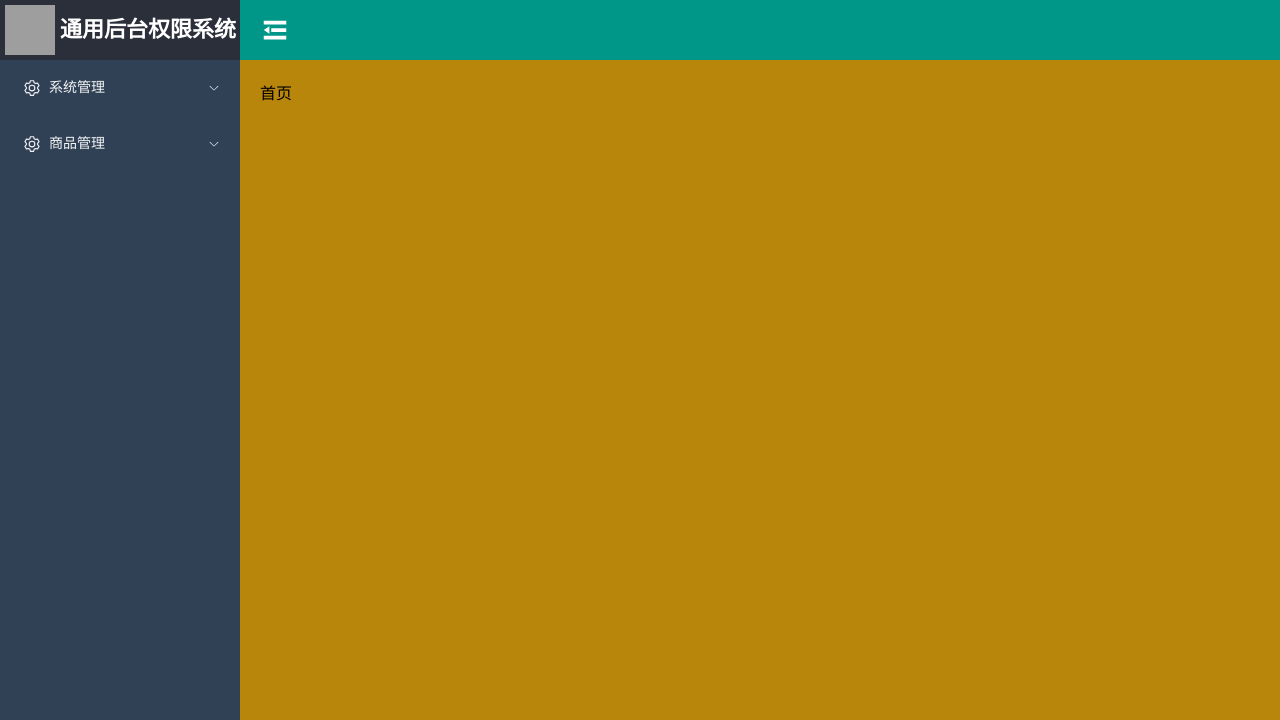
Repository: Langxecho/vite-project
Page: /
An editor plug-in stored every save of this project. The page is shown before and after the next save, followed by the edit.
The browser window is 1280 px wide. The pictures show the whole page.
Pictures or frames that could not be fetched are drawn as grey boxes. The project was rebuilt for these pictures with package versions that can differ from the ones it lists, and the page was loaded fresh each time. Also part of the build but not shown: vite.config.ts.

Above is the page before, as saved 2024-11-08 18:49:12.

### index.html
<!doctype html>
<html lang="en">
  <head>
    <meta charset="UTF-8" />
    <link rel="icon" type="image/svg+xml" href="/vite.svg" />
    <meta name="viewport" content="width=device-width, initial-scale=1.0" />
    <title>通用权限管理系统</title>
    <style>
      html,
      body,
      #app {
        padding: 0px;
        margin: 0px;
        height: 100%;
        box-sizing: border-box;
      }
    </style>
  </head>
  <body>
    <div id="app"></div>
    <script type="module" src="/src/main.ts"></script>
  </body>
</html>

### src/main.ts
import { createApp } from 'vue'
import App from './App.vue'
import router from '@/router/index'

// 引入 Element Plus
import ElementPlus from 'element-plus'
import 'element-plus/dist/index.css'

// 引入 Element Plus 图标
import * as ElementPlusIconsVue from '@element-plus/icons-vue'

import { createPinia } from 'pinia'
const pinia = createPinia()
const app = createApp(App)

app.use(ElementPlus).use(router).use(pinia).mount('#app')

// 全局注册图标组件
for (const [key, component] of Object.entries(ElementPlusIconsVue)) {
  app.component(key, component)
}

### src/router/index.ts
import { createRouter, createWebHistory, RouteRecordRaw } from "vue-router";
import Layout from "@/layout/Index.vue";

const routes: Array<RouteRecordRaw> = [
  {
    path: "/",
    component: Layout,
    redirect: "/dashboard",
    children: [
      {
        path: "/dashboard",
        component: () => import("@/views/dashboard/Index.vue"),
        name: "dashboard",
        meta: { title: "首页", icon: "#icondashboard" },
      },
    ],
  },
  {
    path: "/system",
    component: Layout,
    name: "system",
    meta: { title: "系统管理", icon: "Setting", roles: ["sys:manage"] },
    children: [
      {
        path: "/userList",
        component: () => import("@/views/system/User/UserList.vue"),
        name: "userList",
        meta: { title: "用户管理", icon: "UserFilled", roles: ["sys:user"] },
      },
      {
        path: "/roleList",
        component: () => import("@/views/system/Role/RoleList.vue"),
        name: "roleList",
        meta: { title: "角色管理", icon: "Wallet", roles: ["sys:role"] },
      },
      {
        path: "/menuList",
        component: () => import("@/views/system/Menu/MenuList.vue"),
        name: "menuList",
        meta: { title: "菜单管理", icon: "Menu", roles: ["sys:menu"] },
      },
    ],
  },
  {
    path: "/goodsRoot",
    component: Layout,
    name: "goodsRoot",
    meta: { title: "商品管理", icon: "Setting", roles: ["sys:goodsRoot"] },
    children: [
      {
        path: "/category",
        component: () => import("@/views/category/CategoryList.vue"),
        name: "category",
        meta: {
          title: "商品类型",
          icon: "UserFilled",
          roles: ["sys:category"],
        },
      },
      {
        path: "/goodsList",
        component: () => import("@/views/goods/GoodsList.vue"),
        name: "goodsList",
        meta: { title: "商品信息", icon: "Wallet", roles: ["sys:goodsList"] },
      },
    ],
  },
];

const router = createRouter({
  history: createWebHistory(),
  routes,
});

export default router;

### src/layout/Index.vue
<template>
  <el-container class="layout">
    <el-aside width="auto" class="asside">
      <menu-bar></menu-bar>
    </el-aside>
    <el-container>
      <el-header class="header">
        <Header />
      </el-header>
      <el-main class="main">
        <router-view></router-view>
      </el-main>
    </el-container>
  </el-container>
</template>

<script setup lang="ts">
import Header from "@/layout/header/Header.vue";
import MenuBar from "@/layout/menu/MenuBar.vue";
</script>

<style lang="scss">
.layout {
  height: 100%;
}

.asside {
  background-color: #304156;
}

.header {
  display: flex;
  align-items: center;
  background-color: #009688;
}

.main {
  background-color: darkgoldenrod;
}
</style>

### src/views/dashboard/Index.vue
<template>
  <div>首页</div>
</template>

<script setup lang="ts"></script>

<style scoped></style>

### src/layout/header/Header.vue
<template>
  <Collapse></Collapse>
</template>

<script setup lang="ts">
import Collapse from "./Collapse.vue";
</script>

<style scoped lang="scss"></style>

### src/layout/menu/MenuBar.vue
<template>
  <menu-logo></menu-logo>
  <el-menu
    :default-active="activeIndex"
    class="el-menu-vertical-demo"
    :collapse="isCollapse"
    unique-opened
    background-color="#304156"
    @open="handleOpen"
    @close="handleClose"
    router
  >
    <menu-item :menuList="menuList"></menu-item>
  </el-menu>
</template>

<script setup lang="ts">
import { reactive, computed } from "vue";
import { useMenuStore } from "@/store/menu/index";
import MenuItem from "@/layout/menu/MenuItem.vue";
import MenuLogo from "./MenuLogo.vue";
import { useRoute } from "vue-router";
const store = useMenuStore();

const route = useRoute();

// 获取激活的菜单
const activeIndex = computed(() => {
  const { path } = route;
  return path;
});

// 在这里，你可以添加更多的响应式数据、方法等
const handleOpen = () => {
  console.log("Menu opened");
};

const handleClose = () => {
  console.log("Menu closed");
};
let menuList = reactive([
  {
    path: "/system",
    component: "Layout",
    name: "system",
    meta: {
      title: "系统管理",
      icon: "Setting",
      roles: ["sys:manage"],
    },
    children: [
      {
        path: "/userList",
        component: "/system/User/UserList",
        name: "userList",
        meta: {
          title: "用户管理",
          icon: "UserFilled",
          roles: ["sys:user"],
        },
      },
      {
        path: "/roleList",
        component: "/system/Role/RoleList",
        name: "roleList",
        meta: {
          title: "角色管理",
          icon: "Wallet",
          roles: ["sys:role"],
        },
      },
      {
        path: "/menuList",
        component: "/system/Menu/MenuList",
        name: "menuList",
        meta: {
          title: "菜单管理",
          icon: "Menu",
          roles: ["sys:menu"],
        },
      },
    ],
  },
  {
    path: "/goodsRoot",
    component: "Layout",
    name: "goodsRoot",
    meta: {
      title: "商品管理",
      icon: "Setting",
      roles: ["sys:goodsRoot"],
    },
    children: [
      {
        path: "/category",
        component: "/goods/Category",
        name: "category",
        meta: {
          title: "物资类型",
          icon: "UserFilled",
          roles: ["sys:category"],
        },
      },
      {
        path: "/goodsList",
        component: "/goods/GoodsList",
        name: "goodsList",
        meta: {
          title: "商品信息",
          icon: "Wallet",
          roles: ["sys:goodsList"],
        },
      },
    ],
  },
]);
</script>

<style scoped lang="scss">
.el-menu-vertical-demo:not(.el-menu--collapse) {
  width: 240px;
  min-height: 400px;
}

.el-menu {
  border-right: none;
}

:deep(.el-sub-menu .el-sub-menu__title) {
  color: #f4f4f5 !important;
}

:deep(.el-menu .el-menu-item) {
  color: #bfcbd9;
}

:deep(.el-menu-item.is-active) {
  color: #409eff !important;
}

:deep(.is-opened .el-menu-item) {
  background-color: #1f2d3d !important;
}

:deep(.el-menu-item:hover) {
  background-color: #001528 !important;
}
</style>

### src/layout/header/Collapse.vue
<template>
  <el-icon @click="setCollapse" style="cursor: pointer" color="#FFF" size="30">
    <component :is="status ? 'Fold' : 'Expand'" />
  </el-icon>
</template>

<script setup lang="ts">
import { computed } from "vue";
import { Fold, Expand } from "@element-plus/icons-vue";
import { useMenuStore } from "@/store/menu/index";

// 获取 store
const store = useMenuStore();

// 获取状态
const status = computed(() => !store.getCollapse);

// 切换图标点击事件
const setCollapse = () => {
  store.setCollapse(!store.getCollapse);
};
</script>

<style scoped>
/* 你可以根据需要添加样式 */
</style>

### src/store/menu/index.ts
import { defineStore } from "pinia";
import { ref, computed } from "vue";

// 定义 store
export const useMenuStore = defineStore("menuStore", () => {
  // state
  const collapse = ref(false);

  // getters
  const getCollapse = computed(() => collapse.value);

  // actions
  const setCollapse = (newCollapse: boolean) => {
    collapse.value = newCollapse;
  };

  return {
    collapse,
    getCollapse,
    setCollapse,
  };
});

### src/layout/menu/MenuItem.vue
<template>
  <template v-for="menu in menuList" :key="menu.path">
    <el-sub-menu
      v-if="menu.children && menu.children.length > 0"
      :index="menu.path"
    >
      <template #title>
        <el-icon><component :is="menu.meta.icon" /></el-icon>
        <span>{{ menu.meta.title }}</span>
      </template>
      <menu-item :menuList="menu.children" />
    </el-sub-menu>

    <el-menu-item v-else style="color: #f4f4f5" :index="menu.path">
      <el-icon><component :is="menu.meta.icon" /></el-icon>
      <template #title>{{ menu.meta.title }}</template>
    </el-menu-item>
  </template>
</template>

<script setup lang="ts">
defineProps(["menuList"]);
</script>

<style scoped></style>

### src/layout/menu/MenuLogo.vue
<template>
  <div class="logo">
    <img :src="MenuLogo" />
    <span class="logo-title">{{ title }}</span>
  </div>
</template>

<script setup lang="ts">
import { ref } from 'vue'
import MenuLogo from '@/assets/MenuLogo.png'

const title = ref('通用后台权限系统')
</script>

<style scoped lang="scss">
.logo {
  display: flex;
  width: 100%;
  height: 60px;
  background-color: #2b2f3a;
  text-align: center;
  cursor: pointer;
  align-items: center;

  img {
    width: 50px;
    height: 50px;
    margin-right: 5px;
    margin-left: 5px;
  }

  .logo-title {
    color: #fff;
    font-weight: 800;
    line-height: 60px;
    font-size: 22px;
    font-family: FangSong;
  }
}
</style>

Loaded but not shown: src/App.vue (common file)

After the next save:
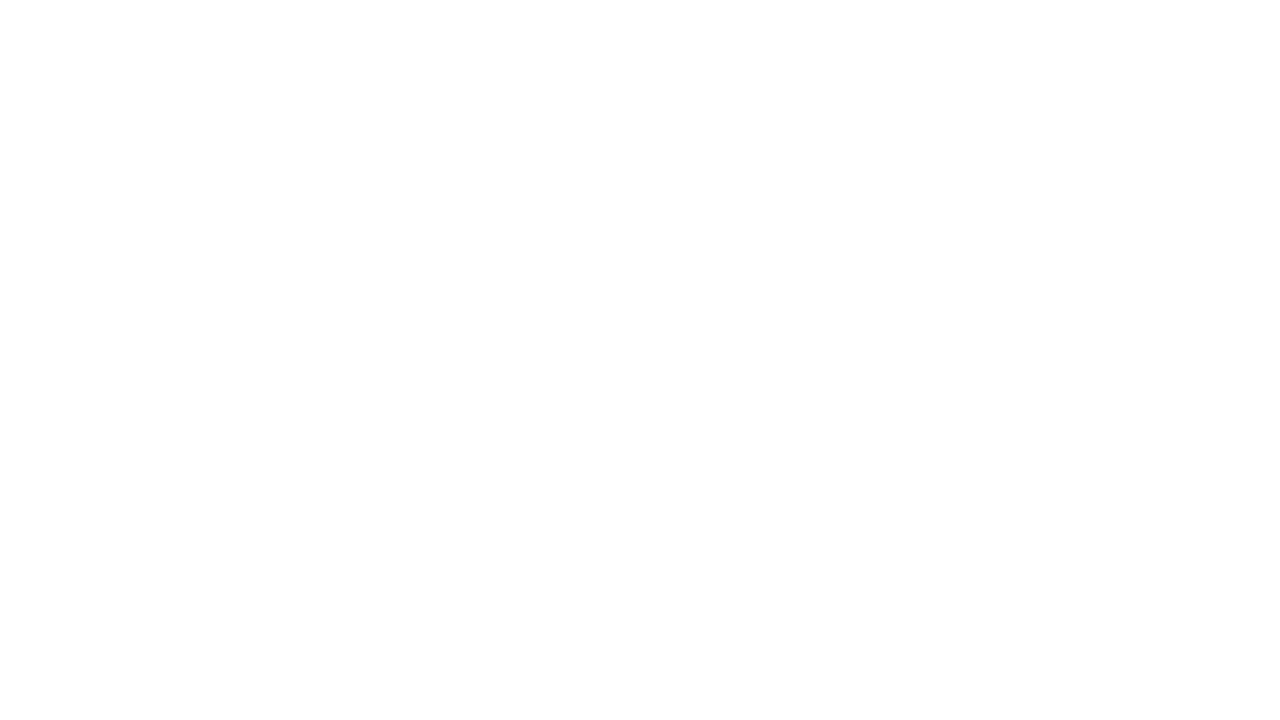
Console error: ReferenceError: constisCollapse is not defined
Saved 11 s later.
--- a/src/layout/menu/MenuBar.vue
+++ b/src/layout/menu/MenuBar.vue
@@ -21,7 +21,9 @@
 import MenuLogo from "./MenuLogo.vue";
 import { useRoute } from "vue-router";
 const store = useMenuStore();
-
+constisCollapse = computed(() => {
+  returnstore.getCollapse;
+});
 const route = useRoute();
 
 // 获取激活的菜单

After the 2 saves that followed:
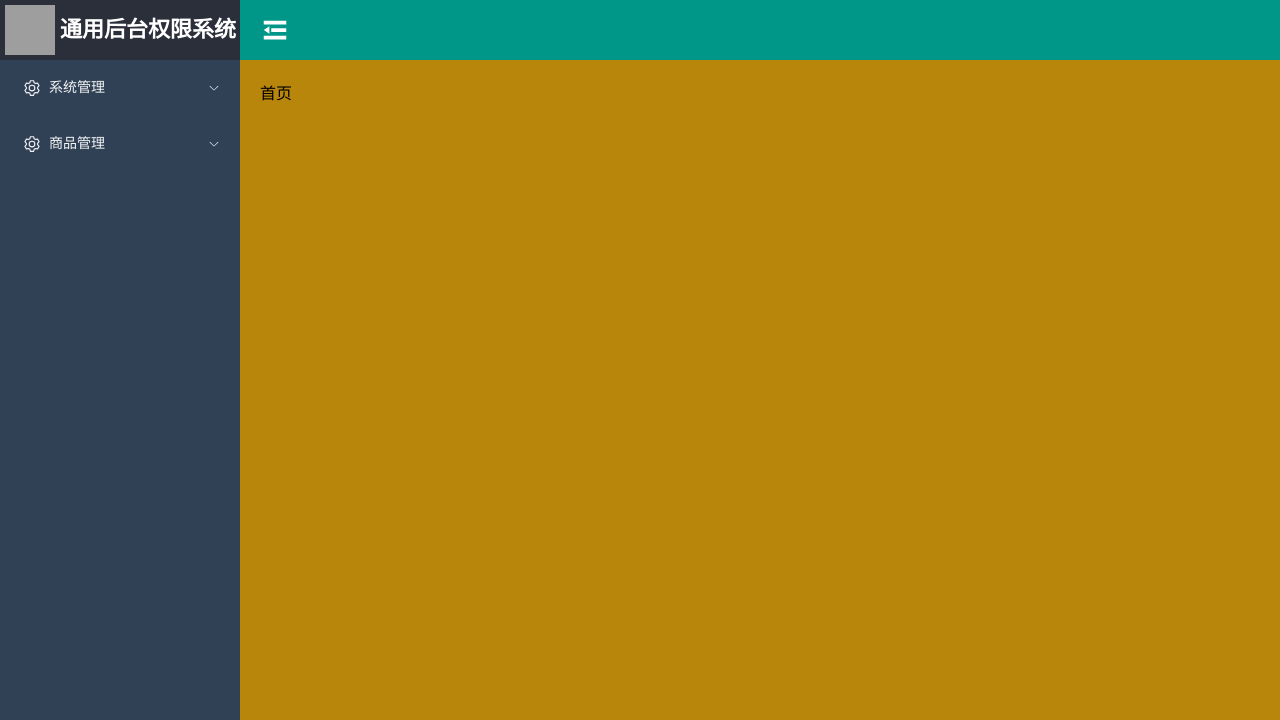
The error is gone.
The 2 saves are shown as one change because 1 left the picture as it was.
The last was saved 50 s later.
--- a/src/layout/menu/MenuBar.vue
+++ b/src/layout/menu/MenuBar.vue
@@ -21,8 +21,8 @@
 import MenuLogo from "./MenuLogo.vue";
 import { useRoute } from "vue-router";
 const store = useMenuStore();
-constisCollapse = computed(() => {
-  returnstore.getCollapse;
+const isCollapse = computed(() => {
+  return store.getCollapse;
 });
 const route = useRoute();
 
